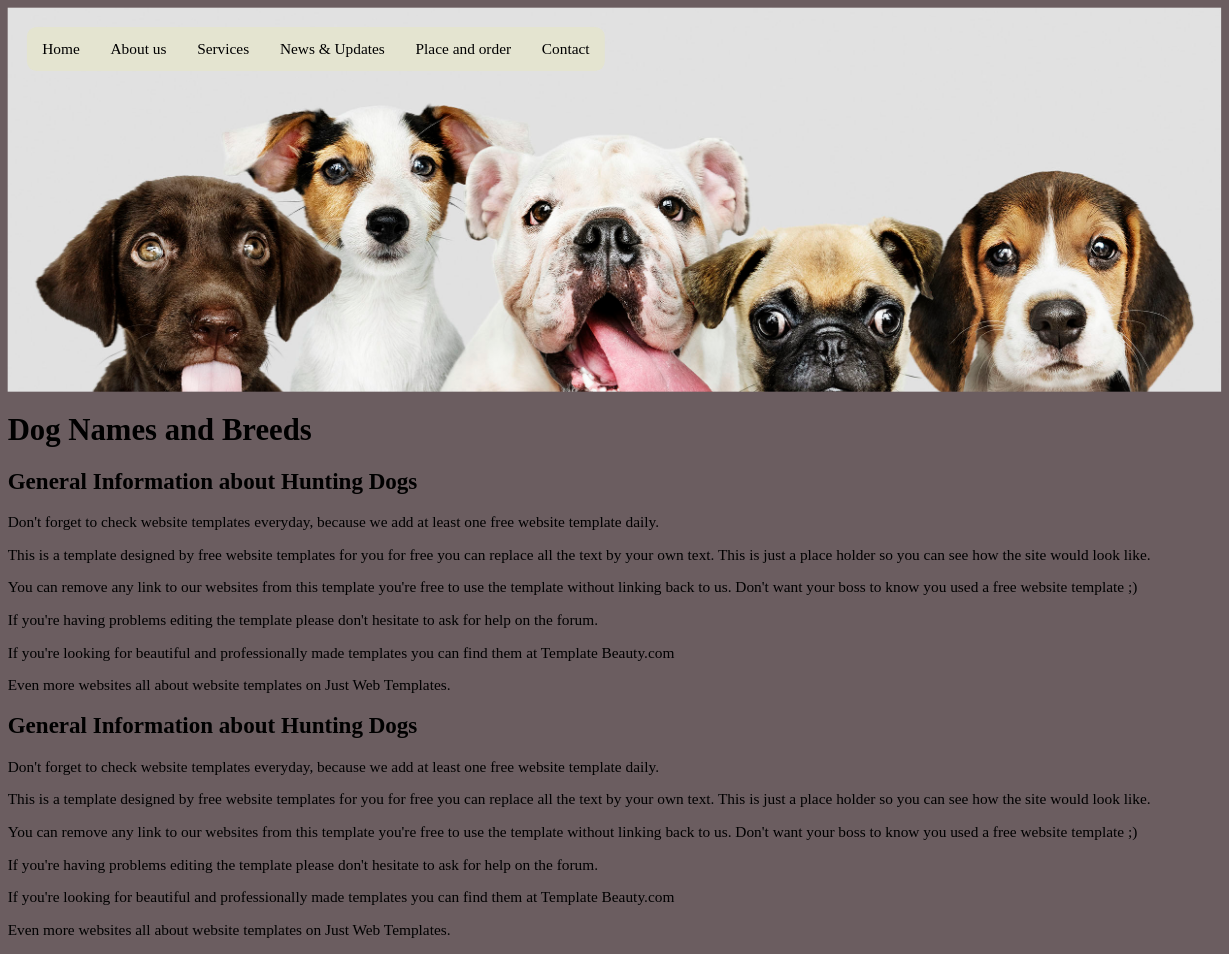
Repository: Tayma-Kazmouz/labwork
Page: index.html
An editor plug-in stored every save of this project. The page is shown before and after the next save, followed by the edit.
The browser window is 1280 px wide. The pictures show the whole page, at 96% of full size.

Above is the page before, as saved 2022-04-04 16:33:30.

### index.html
<!DOCTYPE html>
<html lang="en">
<head>
    <meta charset="UTF-8">
    <meta http-equiv="X-UA-Compatible" content="IE=edge">
    <meta name="viewport" content="width=device-width, initial-scale=1.0">
    <title>LabWork1</title>
    <link rel="stylesheet" href="styles.css">
</head>
<body>
    <div class="banner">
          <div class="nav">
            <ul>
                <li><a class="active" href="#">Home</a></li>
                <li><a href="#">About us</a></li>
                <li><a href="#">Services</a></li>
                <li><a href="#">News & Updates</a></li>
                <li><a href="#">Place and order</a></li>
                <li><a href="#">Contact</a></li>
            </ul>
        </div>
      </div>
      <h1>Dog Names and Breeds</h1>
      <div class="container-one">

          <h2>General Information about Hunting Dogs</h2>
          <p>Don't forget to check website templates everyday, because we add at least one free website template daily.</p>
          <p>This is a template designed by free website templates for you for free you can replace all the text by your own text. This is just a place holder so you can see how the site would look like.</p>
          <p>You can remove any link to our websites from this template you're free to use the template without linking back to us. Don't want your boss to know you used a free website template ;)</p>
          <p>If you're having problems editing the template please don't hesitate to ask for help on the forum.</p>
          <p>If you're looking for beautiful and professionally made templates you can find them at Template Beauty.com</p>
          <p>Even more websites all about website templates on Just Web Templates.</p>

          <h2>General Information about Hunting Dogs</h2>
          <p>Don't forget to check website templates everyday, because we add at least one free website template daily.</p>
          <p>This is a template designed by free website templates for you for free you can replace all the text by your own text. This is just a place holder so you can see how the site would look like.</p>
          <p>You can remove any link to our websites from this template you're free to use the template without linking back to us. Don't want your boss to know you used a free website template ;)</p>
          <p>If you're having problems editing the template please don't hesitate to ask for help on the forum.</p>
          <p>If you're looking for beautiful and professionally made templates you can find them at Template Beauty.com</p>
          <p>Even more websites all about website templates on Just Web Templates.</p>
      </div>
</body>
</html>

### styles.css
body{
    background-color: rgb(107, 93, 96);
}

.banner{
    background-image: url(images/banner.jpg);
    height: 400px;
    position: relative;
    background-position: center;
    background-repeat: no-repeat;
    background-size: cover;
}

.nav{
    background-color: rgb(228, 228, 208);
    border-radius: 10px;
    width: auto;
    position: absolute;
    margin: 20px;
}
ul {
    list-style-type: none;
    margin: 0;
    padding: 0;
    overflow: hidden;
  }

  li {
    float: left;
  }

  li a {
    display: block;
    color: black;
    text-align: center;
    padding: 14px 16px;
    text-decoration: none;
  }

After the next save:
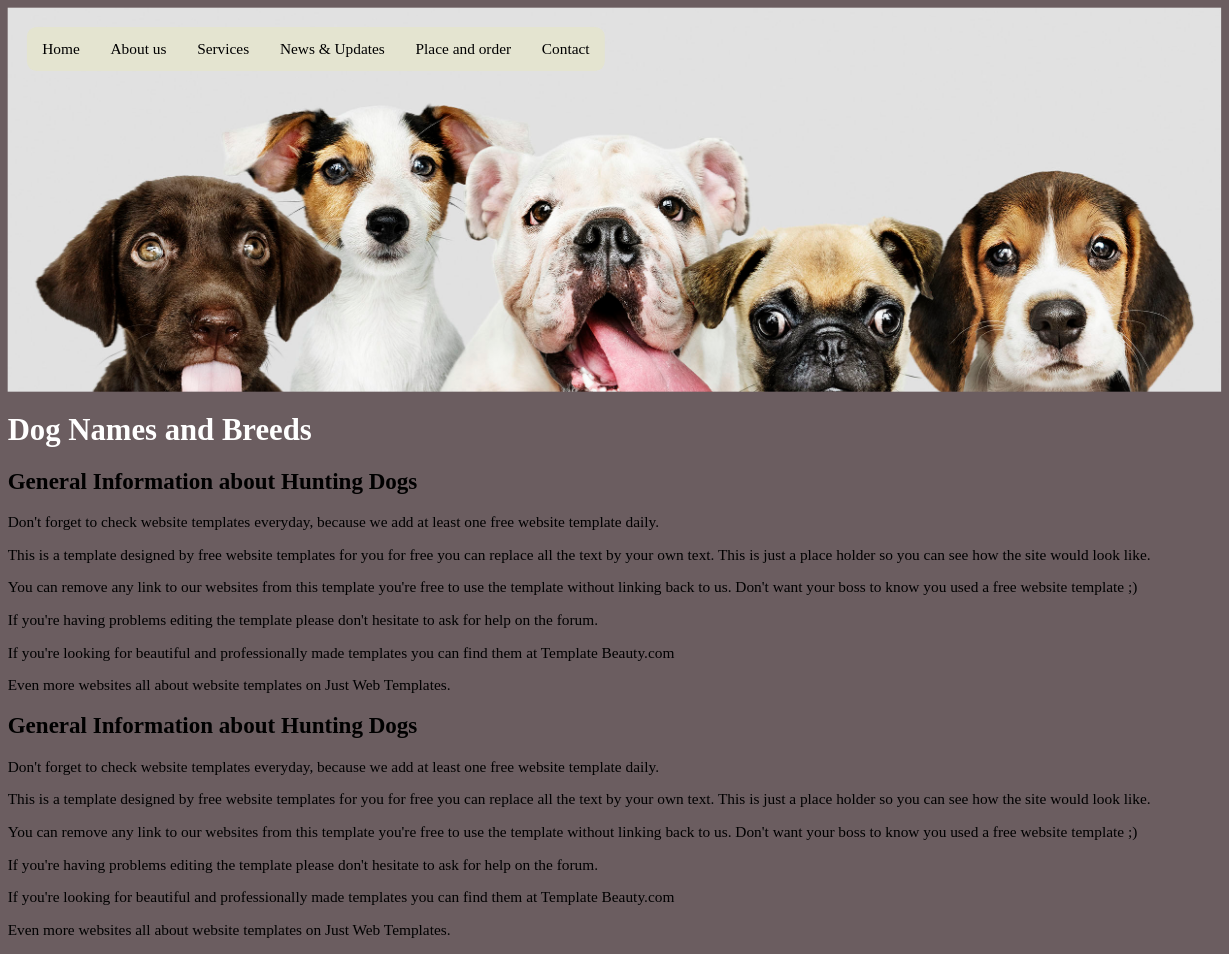
Saved 23 s later.
--- a/styles.css
+++ b/styles.css
@@ -36,3 +36,8 @@ ul {
     padding: 14px 16px;
     text-decoration: none;
   }
+
+h1{
+    color: white;
+    font-weight: 600px;
+}
